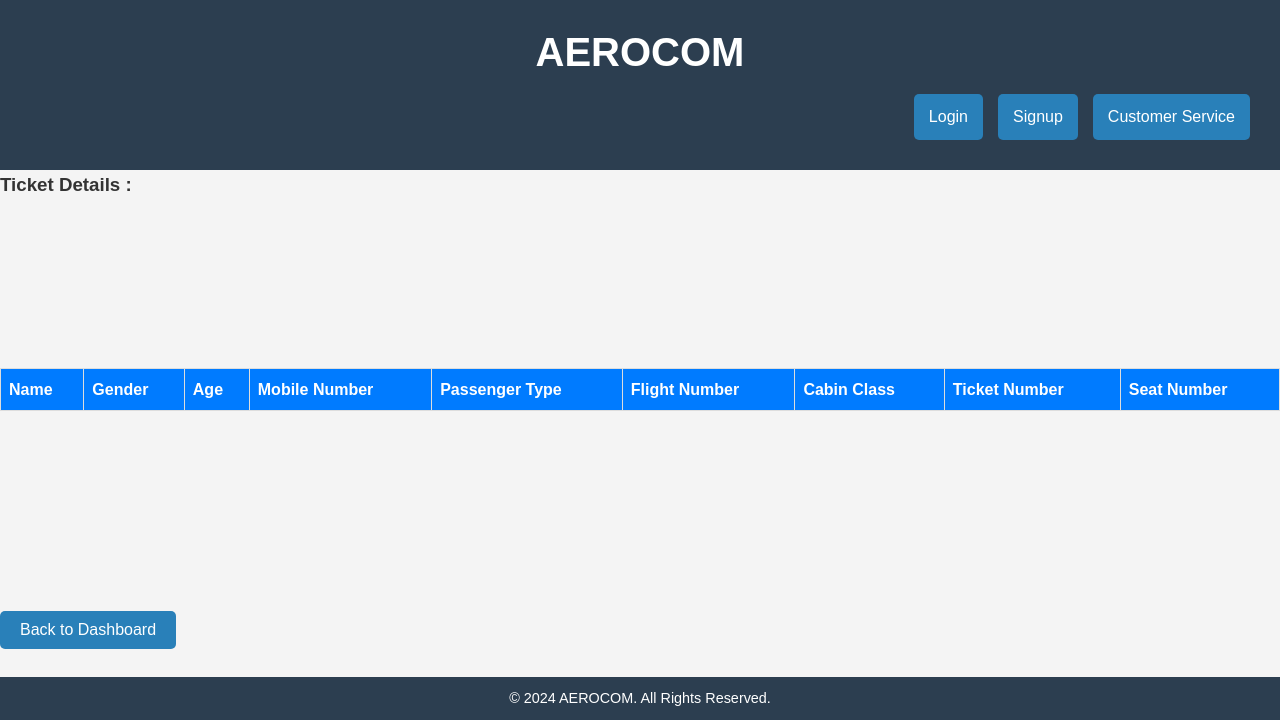
Repository: rahul-kh01/Aerocom
Page: http://localhost/success
The author's editor kept a copy of each file at every save. The page is drawn from the files as they stood at one save, then again after the next save.
The browser window is 1280 px wide. The pictures show the whole page.
The page is this project's Thymeleaf template; nobody is signed in. The template is opened directly, without the code that normally fills it, so the values that code supplies are empty.

Above is the page before, as saved 2024-09-21 20:22:19.

### AeroCom/src/main/resources/templates/success.html
<!DOCTYPE html>
<html xmlns:th="http://www.thymeleaf.org">
<head>
    <title>Booking Success</title>
    <link rel="stylesheet" th:href="@{/css/success.css}" />
    <link rel="stylesheet" th:href="@{/css/header-footer.css}" />
</head>
<body>
    <header th:replace="header-footer :: header"></header>
    <p th:text="${message}"></p>
   <h3>Ticket Details :</h3>
    <main>




    <table>
        <thead>
            <tr>
                <th>Name</th>
                <th>Gender</th>
                <th>Age</th>
                <th>Mobile Number</th>
                <th>Passenger Type</th>
                <th>Flight Number</th>
                <th>Cabin Class</th>
                <th>Ticket Number</th>
                <th>Seat Number</th>
            </tr>
        </thead>
        <tbody>
            <tr th:each="ticket : ${tickets}">
                <td th:text="${ticket.name}"></td>
                <td th:text="${ticket.gender}"></td>
                <td th:text="${ticket.age}"></td>
                <td th:text="${ticket.mobileNumber}"></td>
                <td th:text="${ticket.passengerType}"></td>
                <td th:text="${ticket.flightNumber}"></td>
                <td th:text="${ticket.cabinClass}"></td>
                <td th:text="${ticket.ticketNumber}"></td>
                <td th:text="${ticket.seatNumber}"></td>
            </tr>
        </tbody>
    </table>


    </main>
    <br><br>
    <button onclick="window.location.href='/user3'">Back to Dashboard</button>
     <footer th:replace="header-footer :: footer"></footer>

</body>
</html>

### AeroCom/src/main/resources/templates/header-footer.html
<!DOCTYPE html>
<html xmlns:th="http://www.thymeleaf.org">
<head>
    <title>Common Layout</title>
</head>
<body>
    <!-- Define the header fragment -->
    <div th:fragment="header">
        <header>
            <div class="header-content">

                <h1>AEROCOM </h1>

                <div class="header-buttons">
                    <a href="/login">Login</a>
                    <a href="/signup">Signup</a>
                    <a href="/customer-service">Customer Service</a>
                </div>
            </div>
        </header>
    </div>

    <!-- Define the footer fragment -->
    <div th:fragment="footer">
        <footer>
            <p>&copy; 2024 AEROCOM. All Rights Reserved.</p>
        </footer>
    </div>
</body>
</html>

### AeroCom/src/main/resources/static/css/success.css
/* General reset for browser consistency */
* {
    margin: 0;
    padding: 0;
    box-sizing: border-box;
}

body {
    font-family: Arial, sans-serif;
    line-height: 1.6;
    color: #333;
    background-color: #f4f4f4;
    margin: 0;
    padding: 0;
}

/* Header styling */
header {
    background-color: #2c3e50;
    color: white;
    padding: 20px 0;
    text-align: center;
}

header h1 {
    font-size: 2.5em;
    margin: 0;
}

.header-buttons {
    display: flex;
    justify-content: flex-end;
    gap: 15px;
    padding: 10px;
    margin-right: 20px;
}

.header-buttons a {
    color: white;
    background-color: #2980b9;
    padding: 10px 15px;
    border-radius: 5px;
    text-decoration: none;
    font-size: 1em;
}

.header-buttons a:hover {
    background-color: #3498db;
}

/* Main container styling */
main {
    display: flex;
    justify-content: center;
    align-items: center;
    height: 50vh;
}

.form-container {
    background-color: white;
    padding: 30px;
    border-radius: 10px;
    box-shadow: 0 4px 10px rgba(0, 0, 0, 0.1);
    width: 350px;
}

.form-container h2 {
    text-align: center;
    margin-bottom: 20px;
    font-size: 1.5em;
}

.form-container label {
    display: block;
    margin: 10px 0 5px;
    font-weight: bold;
}

.form-container input[type="text"],
.form-container input[type="email"],
.form-container input[type="password"],
.form-container input[type="number"],
.form-container input[type="tel"],
.form-container select {
    width: 100%;
    padding: 10px;
    margin-bottom: 15px;
    border: 1px solid #ccc;
    border-radius: 5px;
    font-size: 1em;
}

.form-container input[type="radio"] {
    margin-right: 5px;
}

.form-container button {
    width: 100%;
    background-color: #27ae60;
    color: white;
    padding: 10px 15px;
    border: none;
    border-radius: 5px;
    font-size: 1.1em;
    cursor: pointer;
}

.form-container button:hover {
    background-color: #2ecc71;
}

body {
    font-family: Arial, sans-serif;
    margin: 20px;
}

h2 {
    color: #007bff;
}

h3 {
    color: #333;
}

table {
    width: 100%;
    border-collapse: collapse;
    margin-top: 20px;
}

th, td {
    border: 1px solid #ddd;
    padding: 8px;
    text-align: left;
}

thead {
    background-color: #007bff;
    color: white;
}

tbody tr:nth-child(even) {
    background-color: #f2f2f2;
}

tbody tr:hover {
    background-color: #ddd;
}
footer {
    background-color: #2c3e50;
    color: white;
    text-align: center;
    padding: 10px 0;
    position: fixed;
    width: 100%;
    bottom: 0;
}

footer p {
    margin: 0;
    font-size: 0.9em;
}
button, .btn {
    background-color: #2980b9;
    color: white;
    padding: 10px 20px;
    border: none;
    border-radius: 5px;
    font-size: 1em;
    cursor: pointer;
}

button:hover, .btn:hover {
    background-color: #3498db;
}

### AeroCom/src/main/resources/static/css/header-footer.css
/* General reset for browser consistency */
* {
    margin: 0;
    padding: 0;
    box-sizing: border-box;
}

body {
    font-family: Arial, sans-serif;
    line-height: 1.6;
    color: #333;
    background-color: #f4f4f4;
    margin: 0;
    padding: 0;
}

/* Header styling */
header {
    background-color: #2c3e50;
    color: white;
    padding: 20px 0;
    text-align: center;
}

header h1 {
    font-size: 2.5em;
    margin: 0;
}

.header-buttons {
    display: flex;
    justify-content: flex-end;
    gap: 15px;
    padding: 10px;
    margin-right: 20px;
}

.header-buttons a {
    color: white;
    background-color: #2980b9;
    padding: 10px 15px;
    border-radius: 5px;
    text-decoration: none;
    font-size: 1em;
}

.header-buttons a:hover {
    background-color: #3498db;
}

/* Footer styling */
footer {
    background-color: #2c3e50;
    color: white;
    text-align: center;
    padding: 10px 0;
    position: fixed;
    width: 100%;
    bottom: 0;
}

footer p {
    margin: 0;
    font-size: 0.9em;
}

/* Button styles */
button, .btn {
    background-color: #2980b9;
    color: white;
    padding: 10px 20px;
    border: none;
    border-radius: 5px;
    font-size: 1em;
    cursor: pointer;
}

button:hover, .btn:hover {
    background-color: #3498db;
}

After the next save:
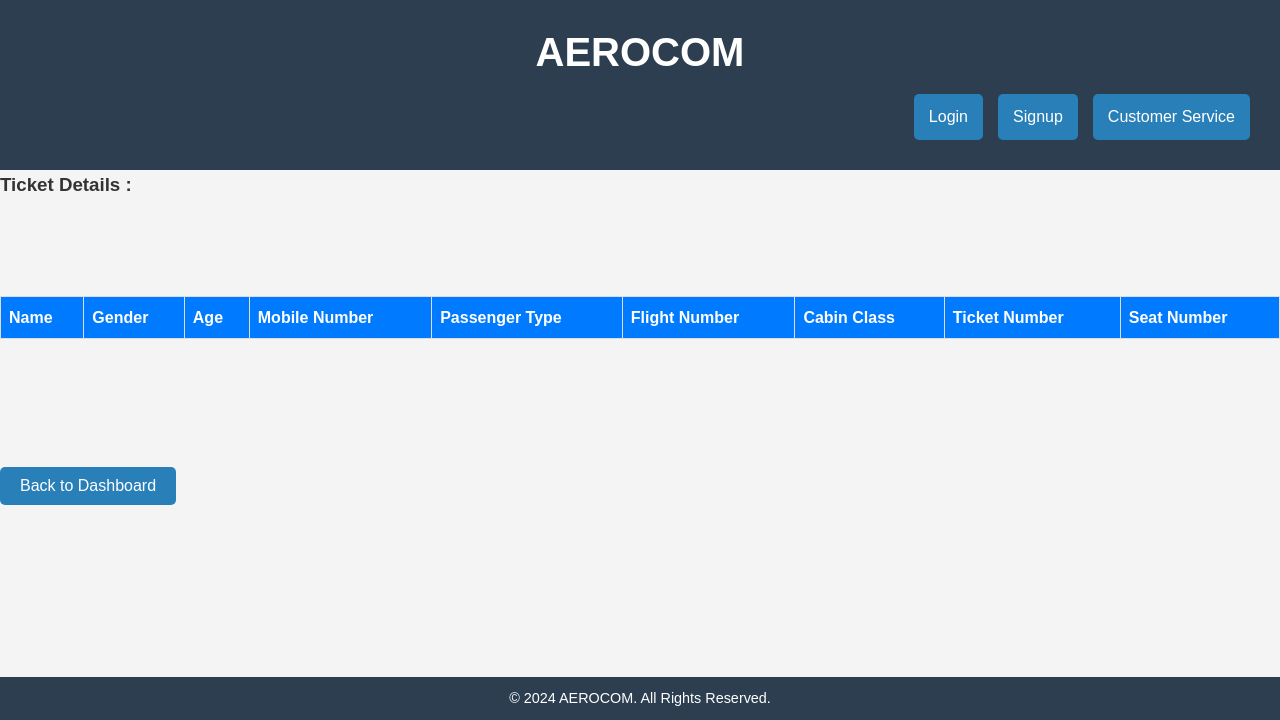
Saved 24 s later.
--- a/AeroCom/src/main/resources/static/css/success.css
+++ b/AeroCom/src/main/resources/static/css/success.css
@@ -53,7 +53,7 @@
     display: flex;
     justify-content: center;
     align-items: center;
-    height: 50vh;
+    height: 30vh;
 }
 
 .form-container {
